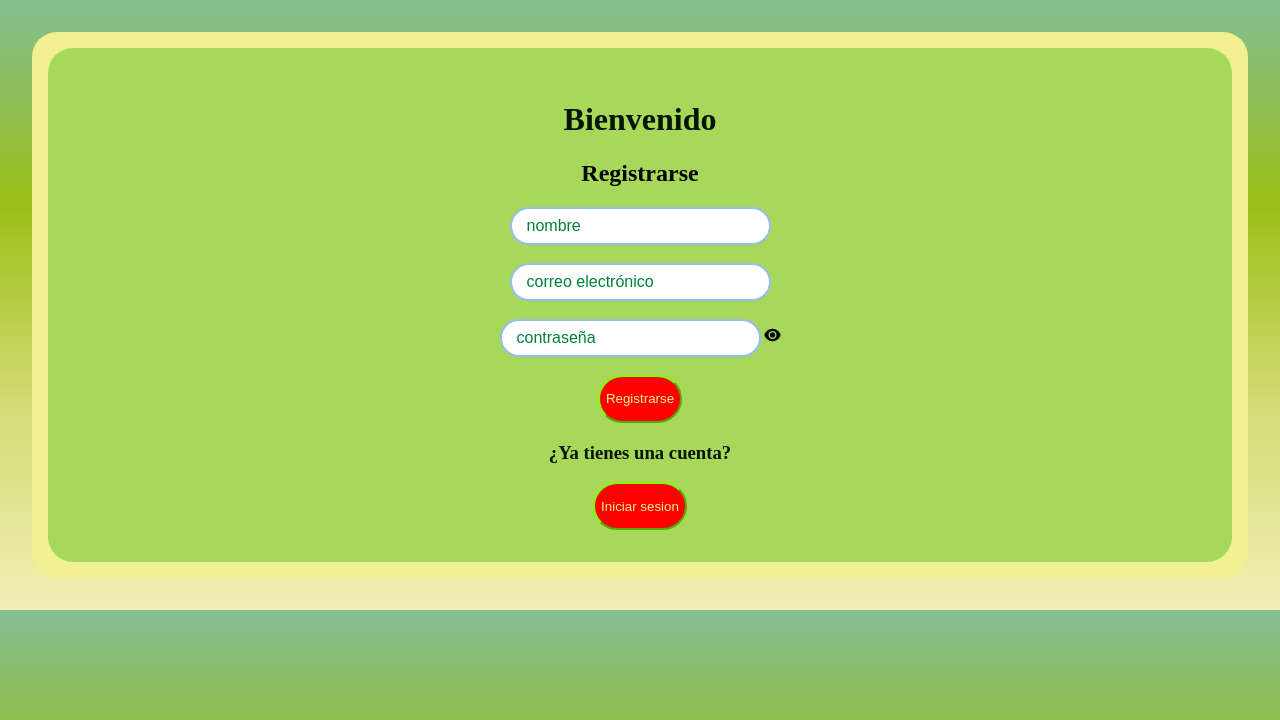
Repository: carrascokarencb37-afk/Nuura
Page: html/registrarse.html
An editor plug-in stored every save of this project. The page is shown before and after the next save, followed by the edit.
The browser window is 1280 px wide. The pictures show the whole page.
Some web libraries are served in a nearby version.

Above is the page before, as saved 2026-05-28 22:34:31.

After the next save:
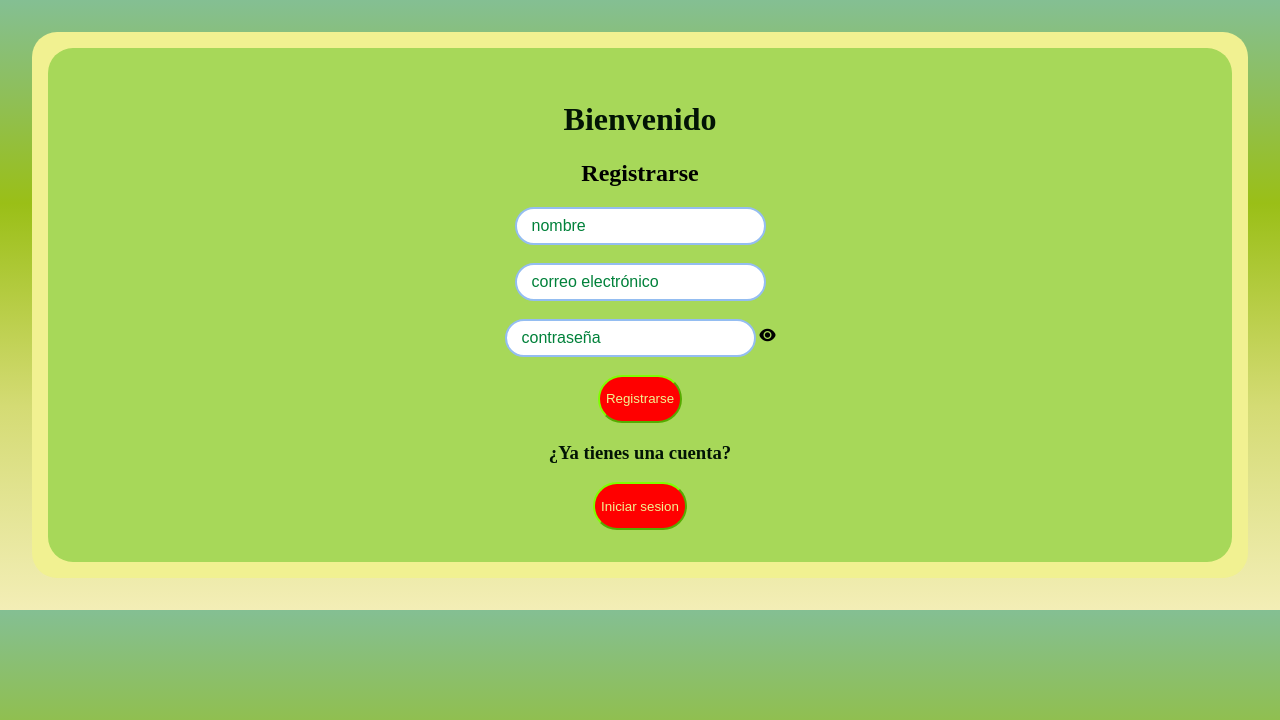
Saved 28 s later.
--- a/css/style.css
+++ b/css/style.css
@@ -58,7 +58,7 @@ body {
 
 input{
     color: #004d00;
-     width: 230px;
+    max-width: 230px;
     height: 35px;
 
     border-radius: 20px;
